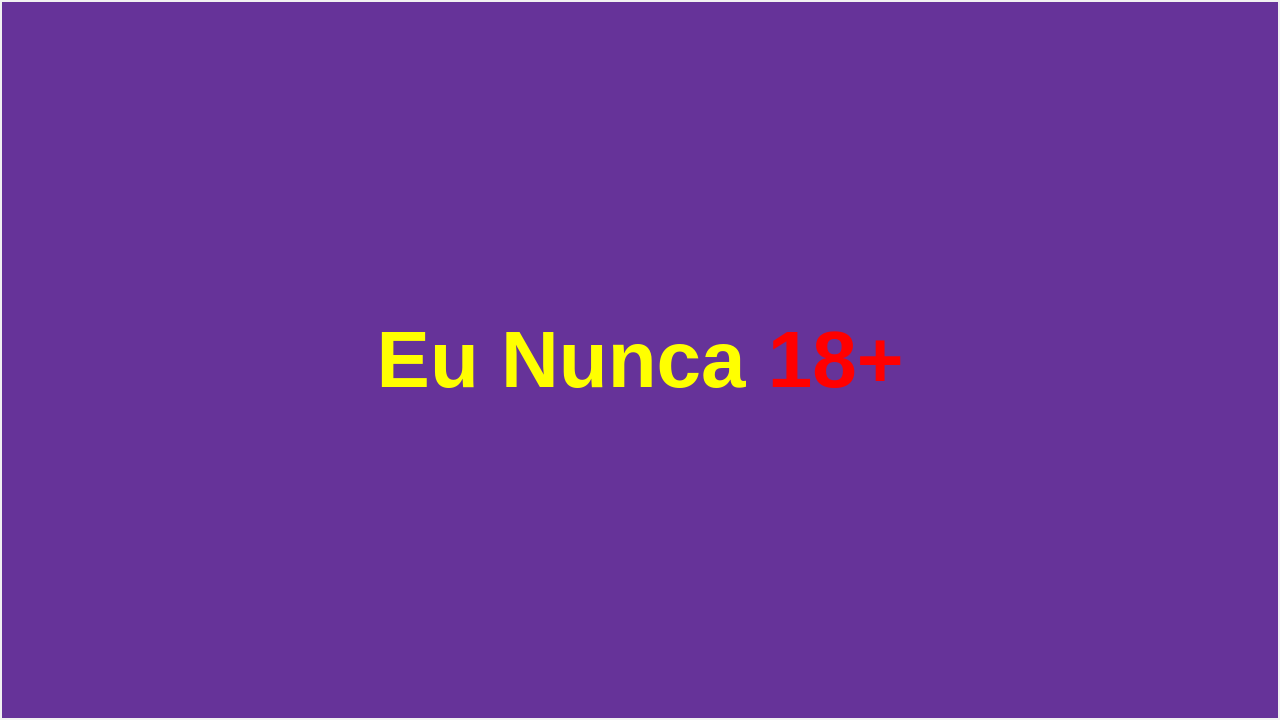
Repository: odiloalmeida/inever
Page: index.html
The author's editor kept a copy of each file at every save. The page is drawn from the files as they stood at one save, then again after the next save.
The browser window is 1280 px wide. The pictures show the whole page.

Above is the page before, as saved 2023-01-31 20:08:30.

### index.html
<!DOCTYPE html>
<html lang="en">
<head>
    <meta charset="UTF-8">
    <meta http-equiv="X-UA-Compatible" content="IE=edge">
    <meta name="viewport" content="width=device-width, initial-scale=1.0">
    <link rel="stylesheet" href="./style.css">
    <title>18+ I Never</title>

</head>

<body>
    <button id="myButton" onclick="changeButtonName()"><span2>Eu Nunca </span2> <span>18+</span></button>
</body>

<script>

    function changeButtonName() {
        var button = document.getElementById("myButton");

        var names = ["Beijei alguém dessa turma",
        "Senti atração por alguém dessa turma",
        "Tomei banho pelado na praia/piscina",
        "Fiquei com um professor",
        "Fiquei com um amigo e me arrependi",

        ];

        var randomName = names[Math.floor(Math.random() * names.length)];
        button.innerHTML = randomName;
    }

</script>

</html>

### style.css
* {
    padding: 0;
    margin: 0;
    box-sizing: border-box;
}

body {
    width: 100vw;
    height: 100vh;
    background-color:rebeccapurple;
    display: flex;
    flex-direction: column;
    align-items: center;
    justify-content: center;
}

button {
    background-color: transparent;
    height: 100vh;
    width: 100vw;
    border: #f1f1f1 2px solid;
    color: #f1f1f1;
    font-weight: bold;
    font-size: 5rem;
    padding: 5px;
}

button span {
    color: red;
}

button span2 {
    color: yellow;
}

After the next save:
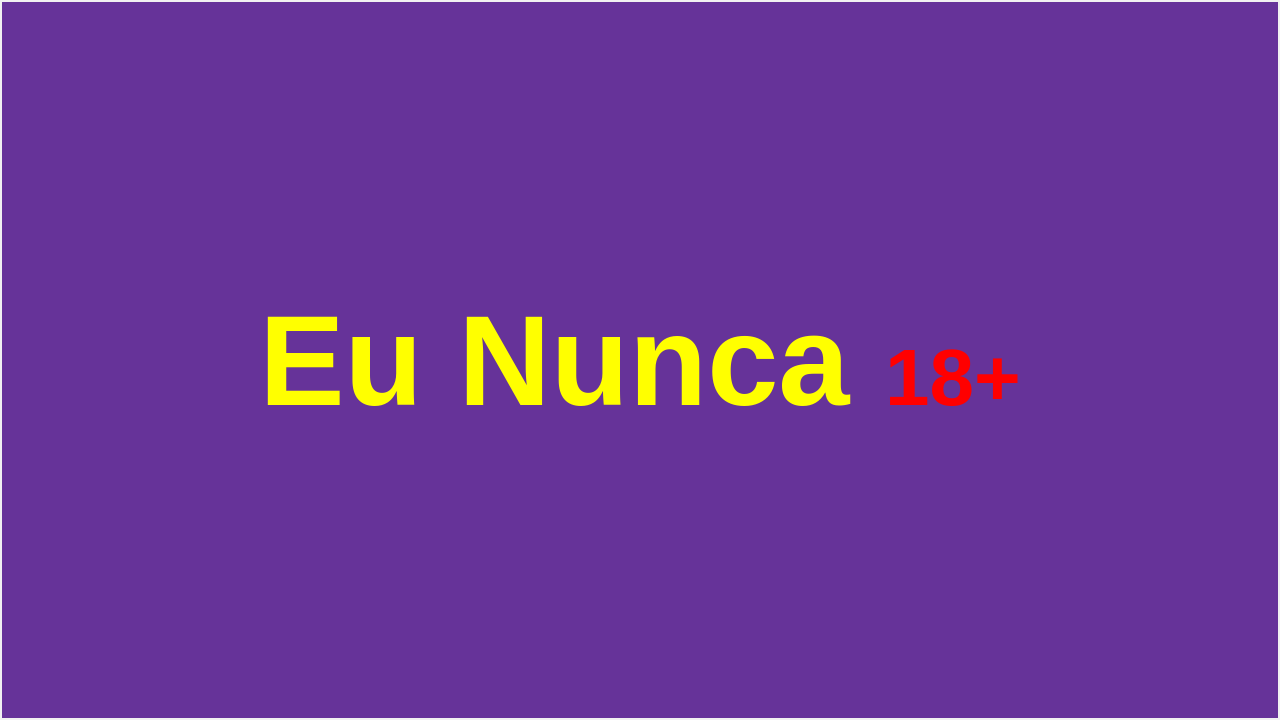
Saved 41 s later.
--- a/style.css
+++ b/style.css
@@ -27,8 +27,10 @@ button {
 
 button span {
     color: red;
+    font-size: 5rem;
 }
 
 button span2 {
     color: yellow;
+    font-size: 8rem;
 }
